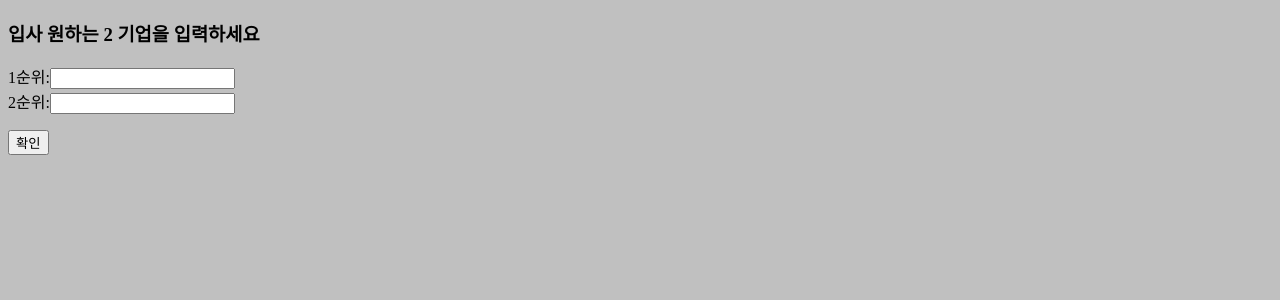
Repository: Hongjeongmin/university
Page: webprograming/test/test/WebContent/b.html
An editor plug-in stored every save of this project. The page is shown before and after the next save, followed by the edit.
The browser window is 1280 px wide. The pictures show the whole page.

Above is the page before, as saved 2018-09-13 05:50:04.

After the next save:
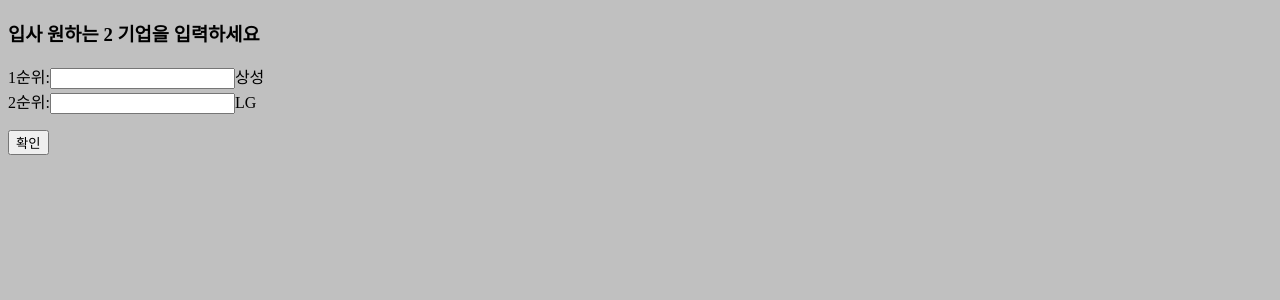
Saved 32 s later.
--- a/webprograming/test/test/WebContent/b.html
+++ b/webprograming/test/test/WebContent/b.html
@@ -7,8 +7,8 @@
 <body style="background-color:silver">
 	<h3><b>입사 원하는 2 기업을 입력하세요</b></h3><p>
 
-	1순위:<input type="text" name="one"/><br>
-	2순위:<input type="text" name="two"/><p>
+	1순위:<input type="text" name="one"/>상성<br>
+	2순위:<input type="text" name="two"/>LG<p>
 <input type="submit" value="확인"/>
 </body>
 </html>
